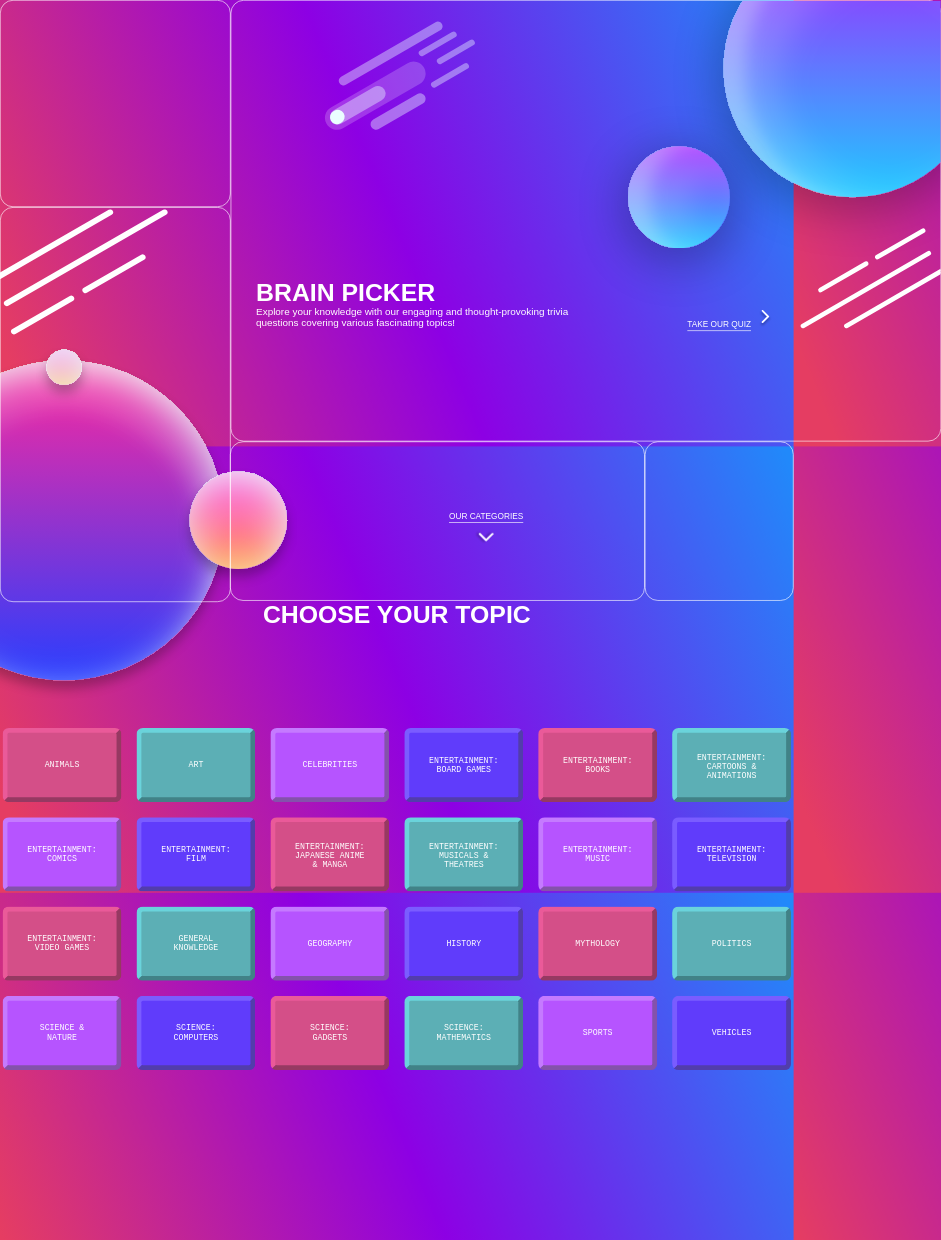
Repository: pjiang604/COMP-2170_Final-Project
Page: index.html
These files come from the project's save history. The page is drawn as it stood at one moment and after the next save; the edit follows.
The browser window is 1280 px wide. The page is 1518 px wide, so the pictures cover 1518 px, including what lies to the right of the window. The pictures show the whole page, at 62% of full size.
Backgrounds fixed to the window are drawn as part of the page.

Above is the page before, as saved 2023-04-30 13:31:14.

After the next save:
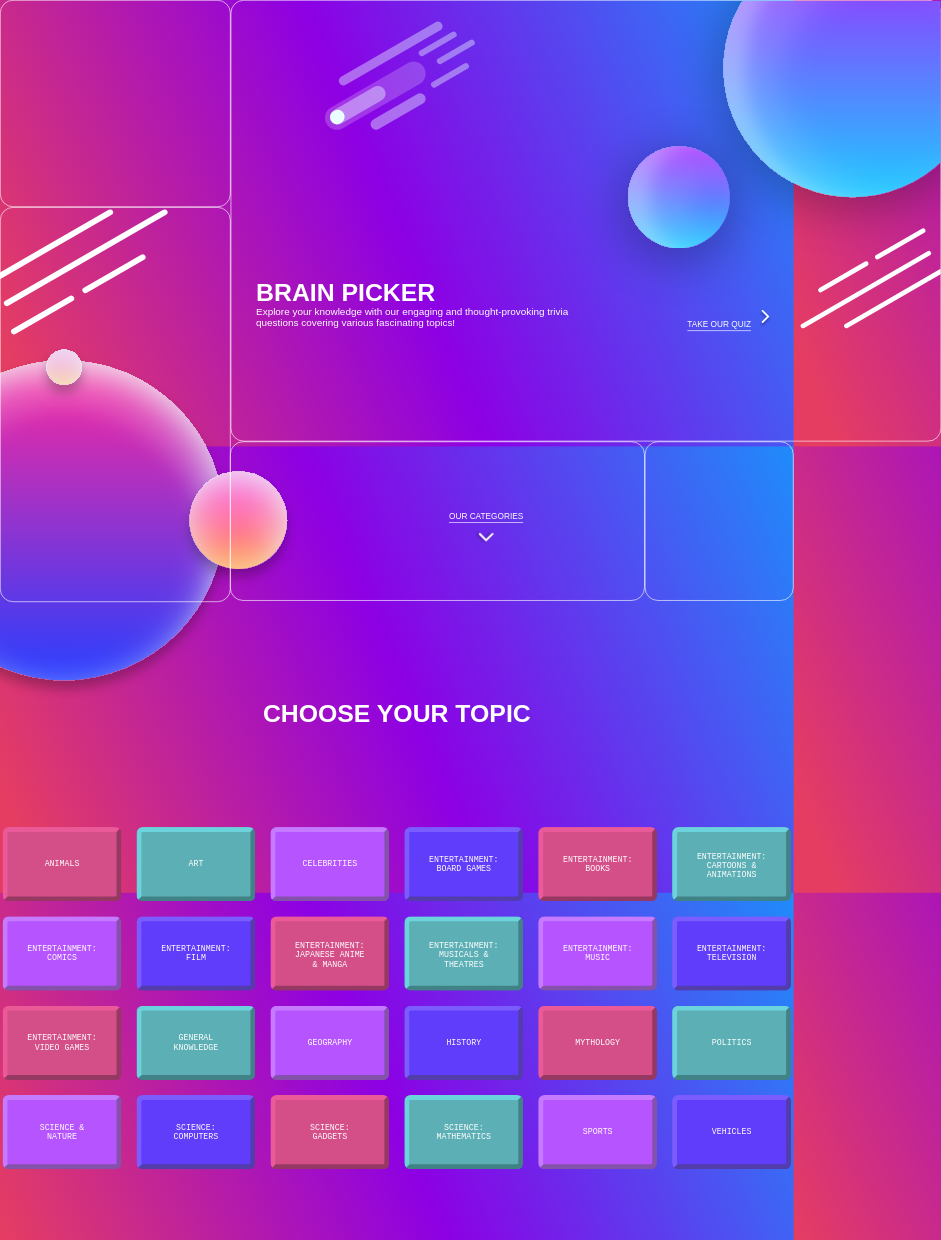
Saved 11 s later.
--- a/style.css
+++ b/style.css
@@ -196,6 +196,7 @@ body {
 	flex-direction: column;
 	align-items: center;
 	justify-content: center;
+	margin-top: 10rem;
 }
 .topics_header{
 	color: var(--white);
